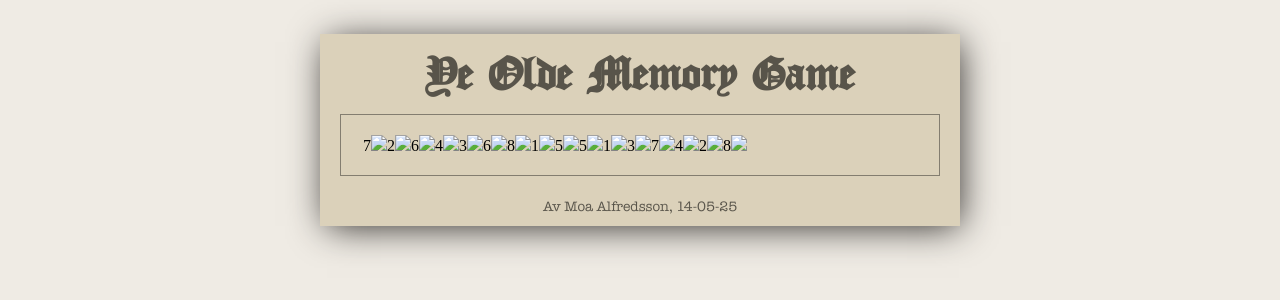
Repository: ma223md/1dv403-laborationer
Page: 3-gameon/memory/index.html
The author's editor kept a record of every edit. The page is drawn from the files as they stood at one moment, then again after the next edit.
The browser window is 1280 px wide. The pictures show the whole page.

Above is the page before.
Not found: 3-gameon/memory/pics/memory_0.png

After the next edit:
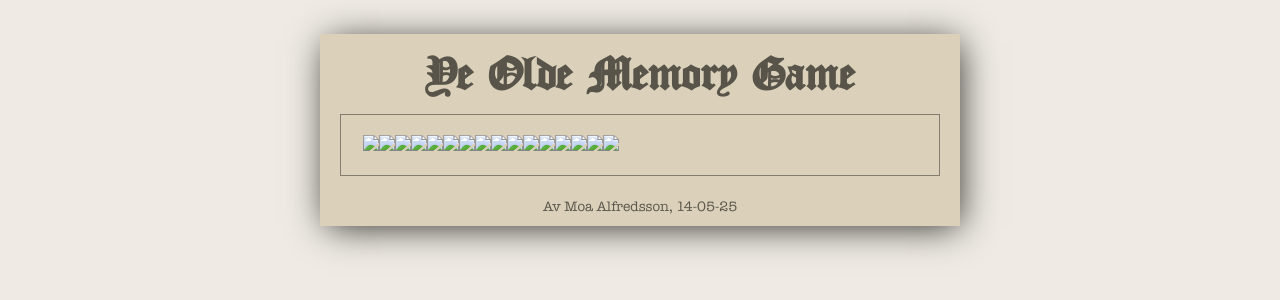
The edit:
--- a/3-gameon/memory/js/memory.js
+++ b/3-gameon/memory/js/memory.js
@@ -25,8 +25,8 @@
             image.setAttribute('src', 'pics/memory_0.png');
 
             div.appendChild(link);
-            div.appendChild(image);
-            link.innerHTML = Memory.memoryBricks[i];
+            link.appendChild(image);
+            //link.innerHTML = Memory.memoryBricks[i];
 
             // onclick funtion goes here
 
